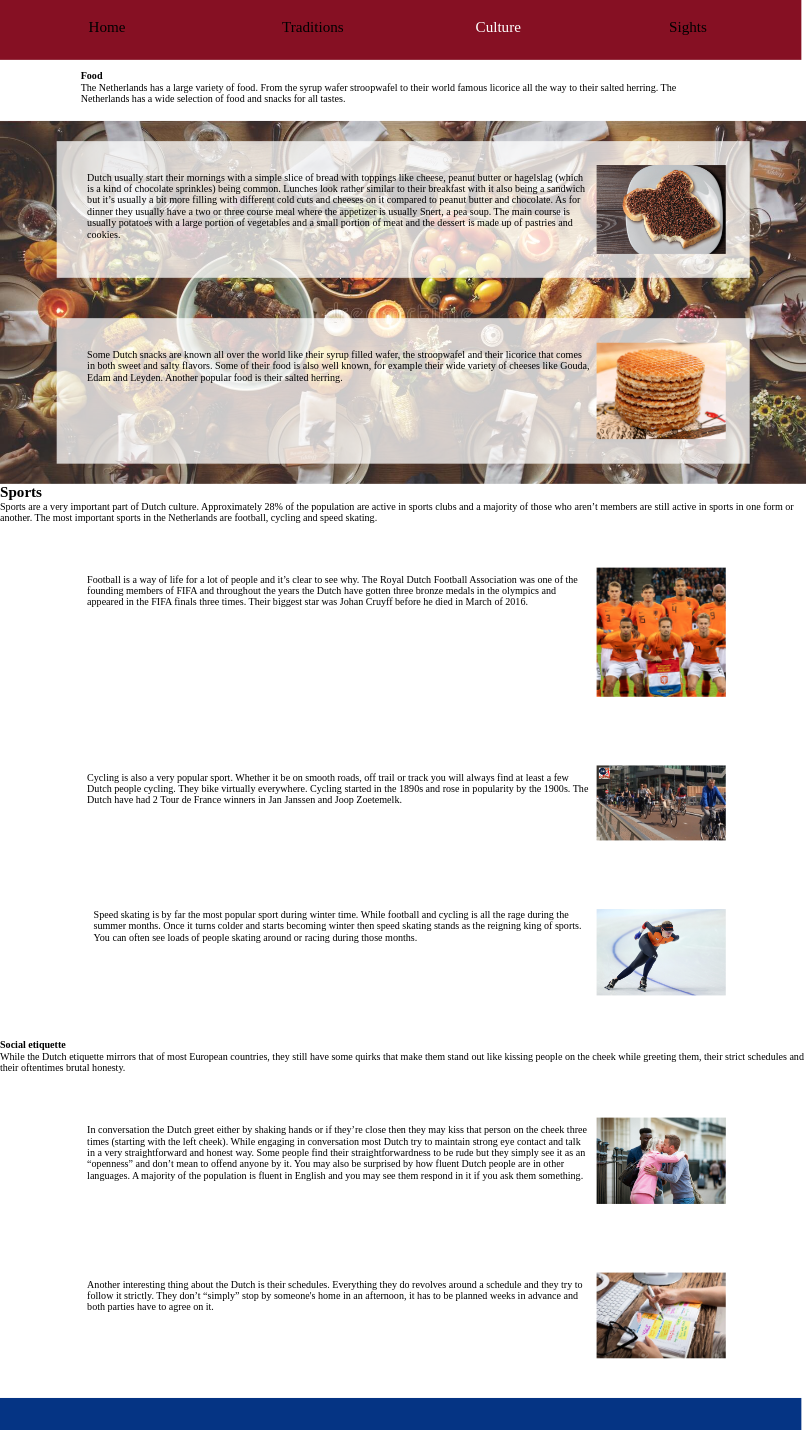
Repository: Cornman63/The-netherlands
Page: html/culture.html
The author's editor kept a copy of each file at every save. The page is drawn from the files as they stood at one save, then again after the next save.
The browser window is 1280 px wide. The pictures show the whole page, at 63% of full size.

Above is the page before, as saved 2023-05-28 13:03:45.

After the next save:
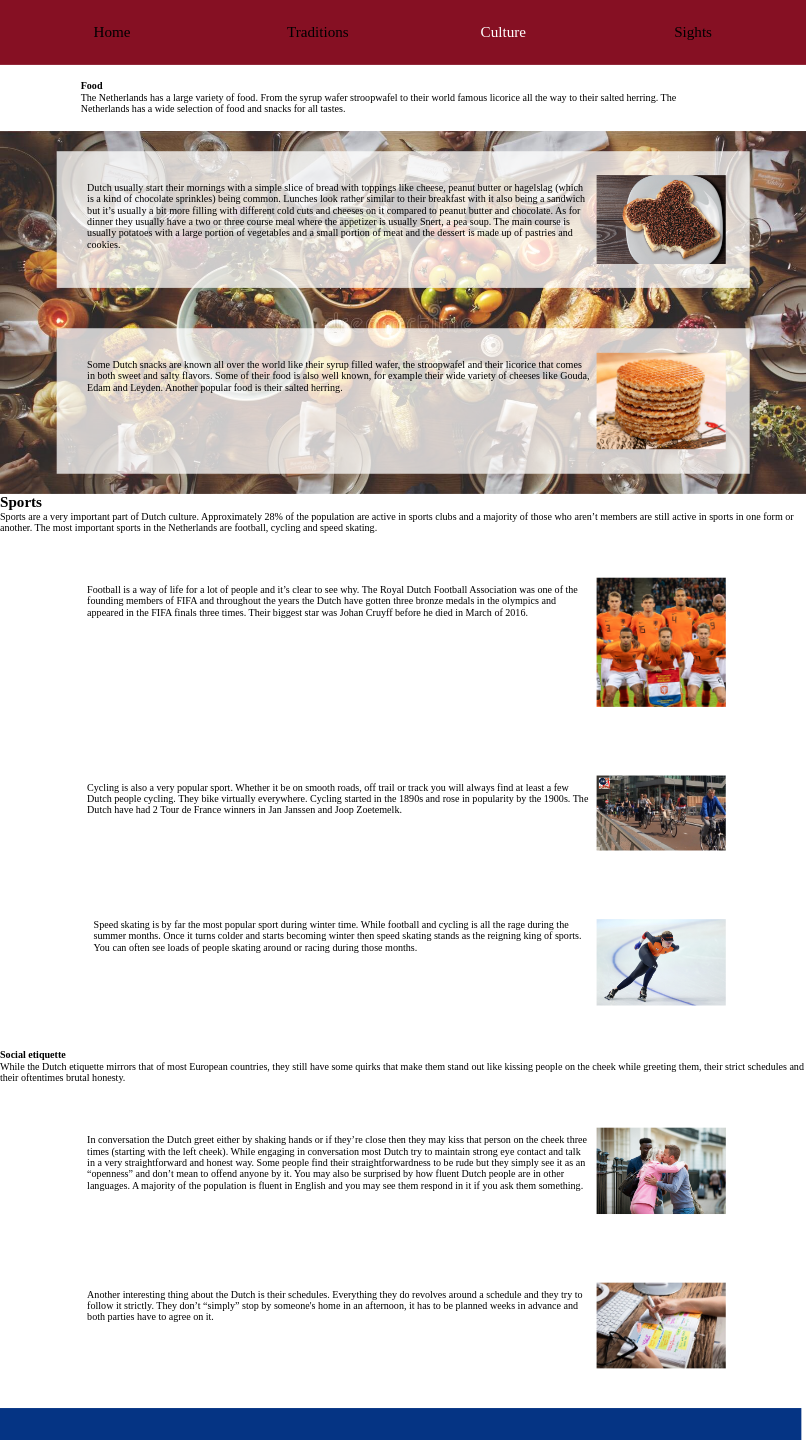
Saved 22 s later.
--- a/CSS/style2.css
+++ b/CSS/style2.css
@@ -1,6 +1,5 @@
 header{
     background-color: #861023;
-    margin: -8px;
     padding: -8px;
     width: 100%;
 }
